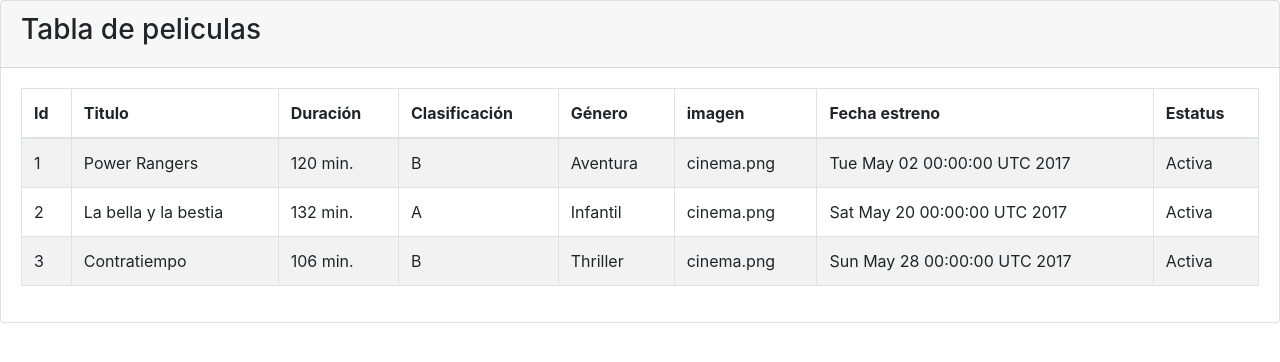
Repository: carlosgijon/Curso-Spring-e-Hibernate
Page: http://localhost/cineapp/
The author's editor kept a copy of each file at every save. The page is drawn from the files as they stood at one save, then again after the next save.
The browser window is 1280 px wide. The pictures show the whole page.
The page is served by Tomcat 9.

Above is the page before, as saved 2018-10-01 11:08:39.
Console error: TypeError: Cannot read properties of undefined (reading 'fn')

After the next save:
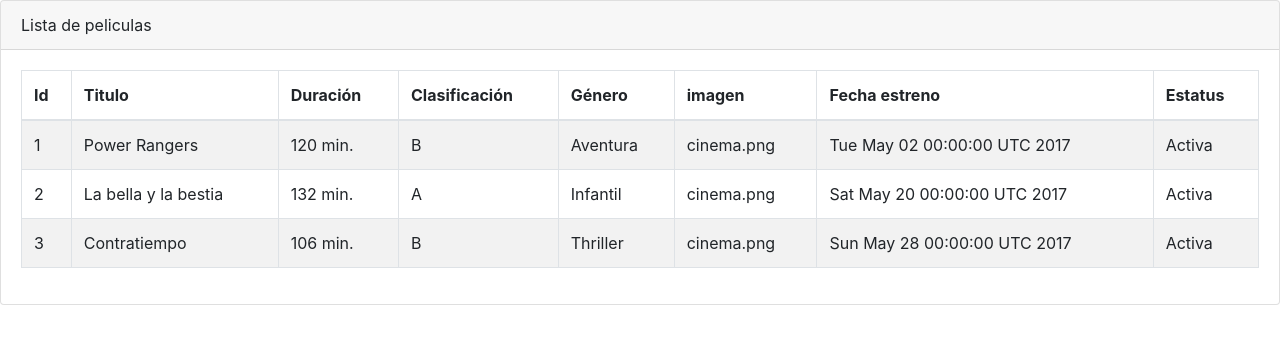
Saved 39 s later.
--- a/cineapp/webapp/WEB-INF/views/home.jsp
+++ b/cineapp/webapp/WEB-INF/views/home.jsp
@@ -26,7 +26,7 @@
 
 	<div class="card">
 		<div class="card-header">
-			<h3>Tabla de peliculas</h3>
+			Lista de peliculas
 		</div>
 		<div class="card-body">
 			<table class="table table-striped table-bordered table-hover">
